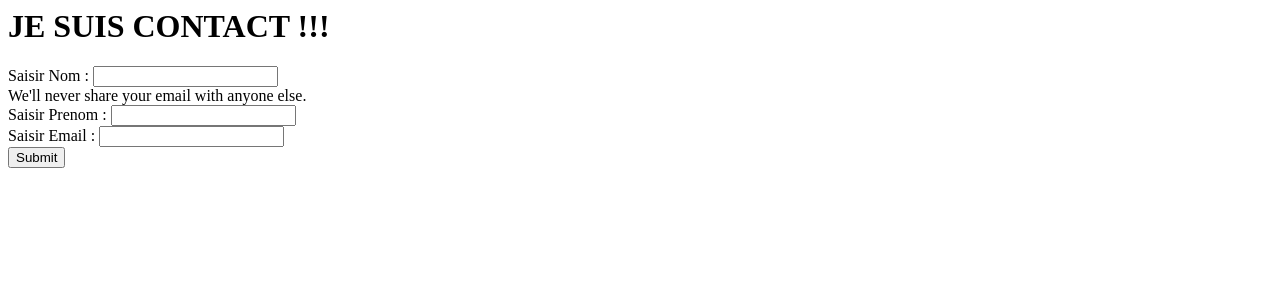
Repository: fabiocodedev/ExoJ2E
Page: http://localhost/j2e/vue/contact.jsp
An editor plug-in stored every save of this project. The page is shown before and after the next save, followed by the edit.
The browser window is 1280 px wide. The pictures show the whole page.
The page is served by Tomcat 9.

Above is the page before, as saved 2023-03-07 13:45:54.

After the next save:
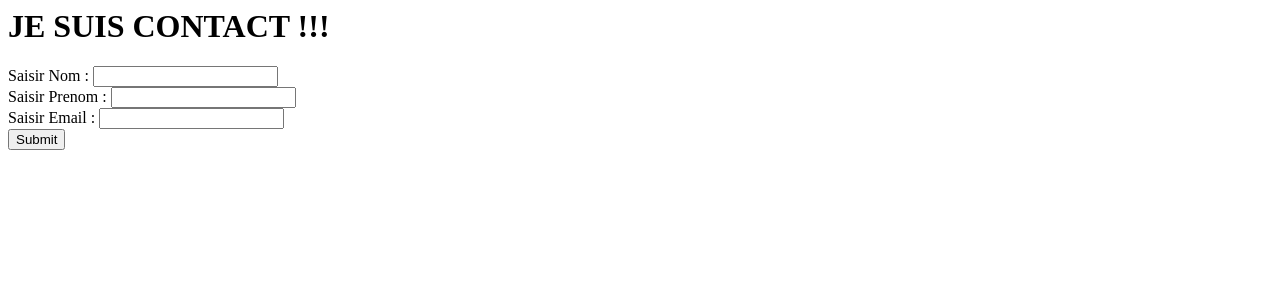
Saved 77 s later.
--- a/j2e/src/main/webapp/vue/contact.jsp
+++ b/j2e/src/main/webapp/vue/contact.jsp
@@ -8,7 +8,6 @@
   <div class="mb-3">
     <label for="exampleInput1" class="form-label">Saisir Nom :</label>
     <input type="text" class="form-control" id="nom" aria-describedby="emailHelp">
-    <div id="emailHelp" class="form-text">We'll never share your email with anyone else.</div>
   </div>
   <div class="mb-3">
     <label for="exampleInput2" class="form-label">Saisir Prenom :</label>
